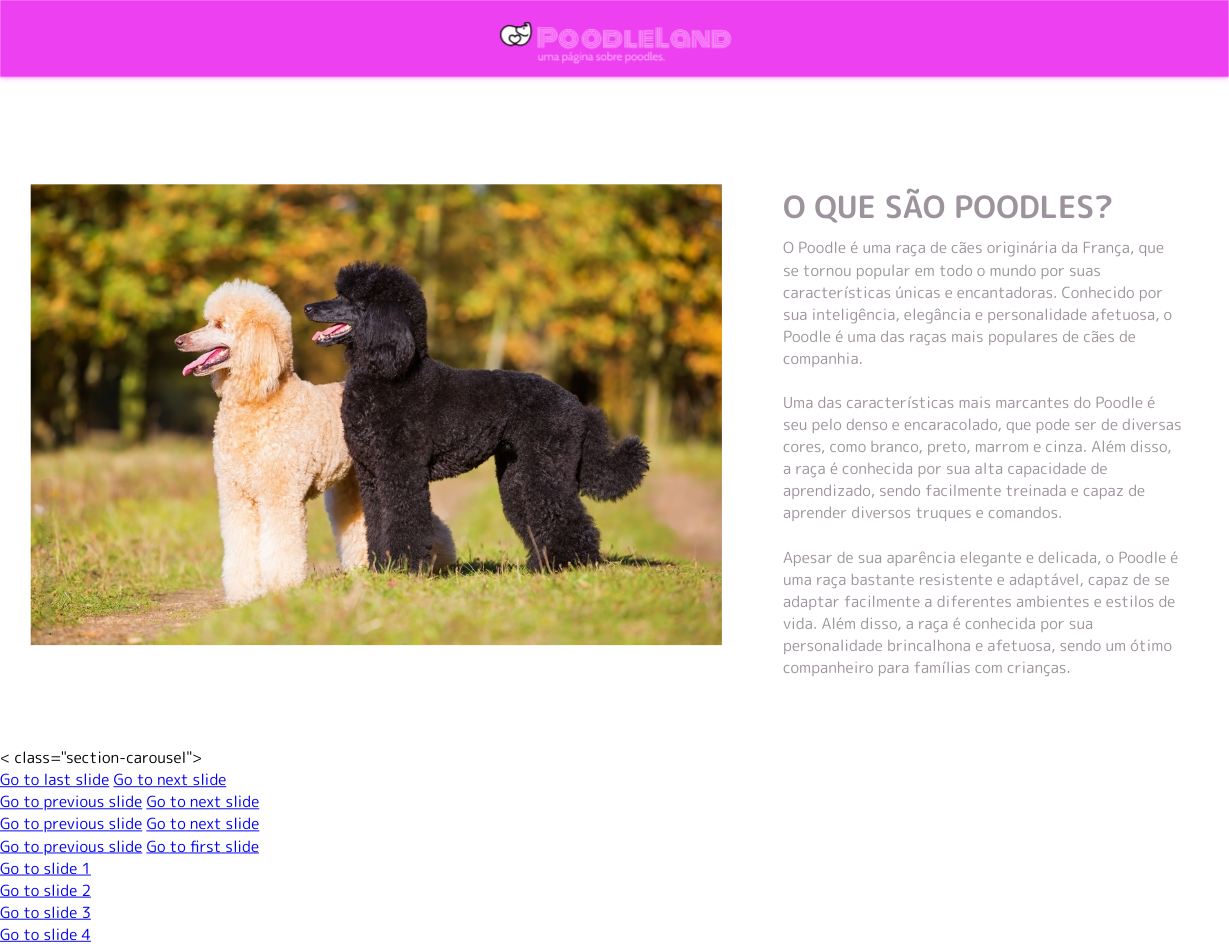
Repository: vinibalt/PoodleLand
Page: poddlelandia.html
These files come from the project's save history. The page is drawn as it stood at one moment and after the next save; the edit follows.
The browser window is 1280 px wide. The pictures show the whole page, at 96% of full size.

Above is the page before, as saved 2023-05-12 14:17:29.

After the next save:
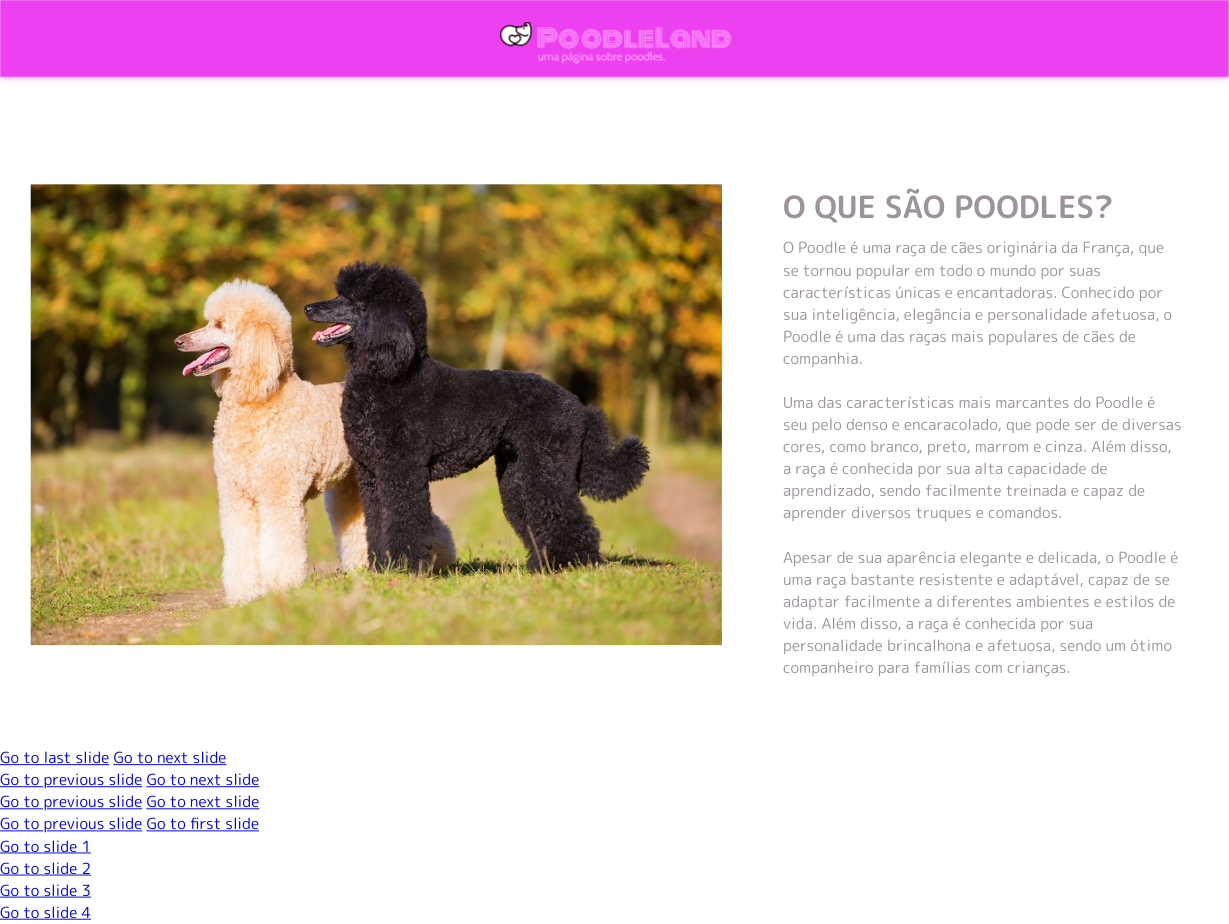
Saved 8 s later.
--- a/poddlelandia.html
+++ b/poddlelandia.html
@@ -30,7 +30,6 @@ Apesar de sua aparência elegante e delicada, o Poodle é uma raça bastante res
         </div>
     </section>
 
-    < class="section-carousel">
         <section class="carousel" aria-label="Gallery">
             <ol class="carousel__viewport">
               <li id="carousel__slide1"
